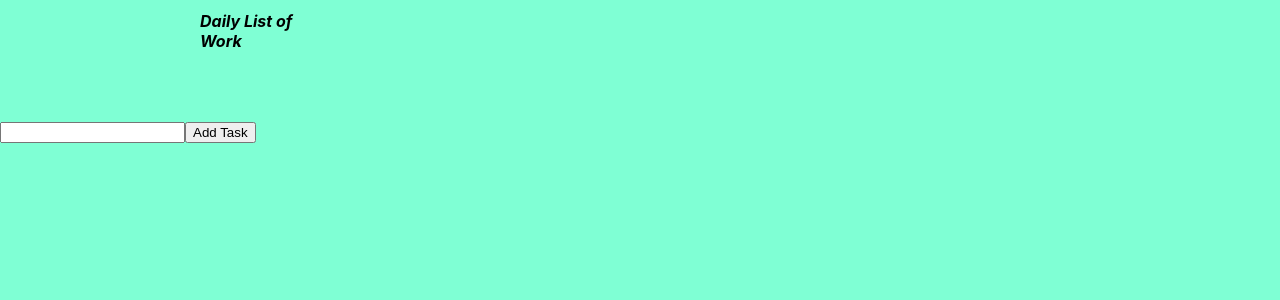
Repository: iamjayenmthakuri/todolist
Page: /
These files come from the project's save history. The page is drawn as it stood at one moment and after the next save; the edit follows.
The browser window is 1280 px wide. The pictures show the whole page.
The project was rebuilt for these pictures with package versions that can differ from the ones it lists, and the page was loaded fresh each time.

Above is the page before, as saved 2022-09-19 10:25:30.

### src/App.js
import React from 'react';
import { useState } from 'react';
import "./App.css";

function App() {
  const [todoList, setTodoList] = useState([]);
  const [newTask, setNewTask] = useState("");

  const handleOnChange = (event) => {
    setNewTask(event.target.value)
  };

  const addTask = () => {
    const task = {
      id: todoList.length === 0 ? 1 : todoList[todoList.length - 1].id + 1,
      taskName: newTask,
    }
    setTodoList([...todoList, task]);
  };

  const deleteTask = (id) => {
    setTodoList(todoList.filter((task) => task.id !== id));
  };
  return (
    <div>
      <div><h1 className='title'>Daily List of Work</h1>

      <input  className='input' onChange={handleOnChange} />
      <button className='button' onClick={addTask}>Add Task</button>
      {todoList.map((task) => {
        return (
          <div className='container'>
            <h1>{task.taskName}</h1>
            <button onClick={() => deleteTask(task.id)}>X</button>
          </div>
        );
      })}
    </div>
    </div>
  );
}

export default App;

### src/App.css
body{
  background-color: aquamarine;
  display:grid;
  background-position: center;
  position: absolute;
}
.title{
  height: 100px;
  width: 110px;
  font-size: medium;
  font-weight: bold;
  font-style: italic;
  background-position: center;
  transform: translate(200px);
}
.container{
  background-color: white;

}
#map{
  background-color: white;
  height: max-content;
  width: max-content;
}

Loaded but not shown: public/index.html (common file); src/index.js (common file); src/index.css (common file); src/reportWebVitals.js (common file)

After the next save:
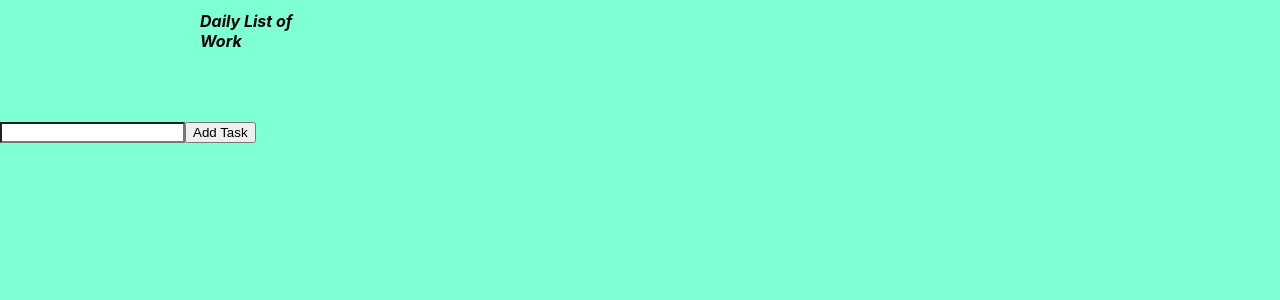
Saved 13 s later.
--- a/src/App.css
+++ b/src/App.css
@@ -17,7 +17,7 @@ body{
   background-color: white;
 
 }
-#map{
+input{
   background-color: white;
   height: max-content;
   width: max-content;
